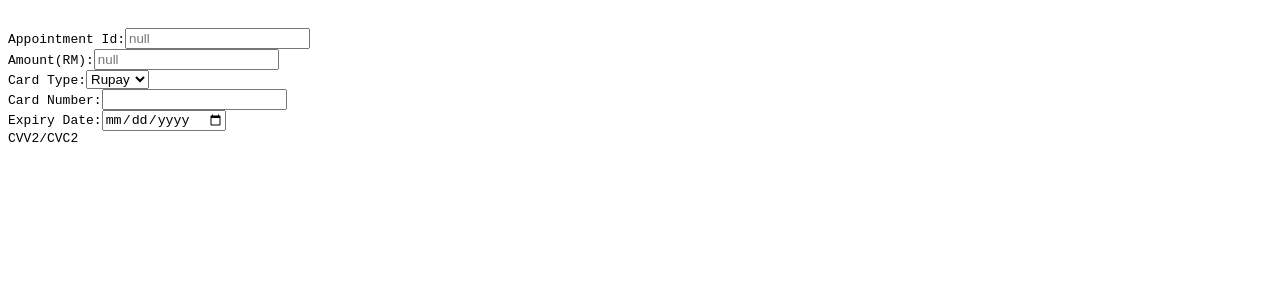
Repository: anujsoni10001/JSP-Servlet
Page: http://localhost/Minor/MakePayment.jsp
The author's editor kept a copy of each file at every save. The page is drawn from the files as they stood at one save, then again after the next save.
The browser window is 1280 px wide. The pictures show the whole page.
The page is served by Tomcat 9. Other server files are loaded and not shown.

Above is the page before, as saved 2019-03-22 10:14:40.

### FinalProject/minor - Copy/Minor/WebContent/MakePayment.jsp
<%
String apt_id=request.getParameter("a_id");
String chargesRM=request.getParameter("charges");
%>
<%@ page language="java" contentType="text/html; charset=ISO-8859-1"
    pageEncoding="ISO-8859-1"%>
<!DOCTYPE html PUBLIC "-//W3C//DTD HTML 4.01 Transitional//EN" "http://www.w3.org/TR/html4/loose.dtd">
<html>
<head>
<meta http-equiv="Content-Type" content="text/html; charset=ISO-8859-1">
<title>Payment</title>
</head>
<body>
<pre>
<form>
Appointment Id:<input type="text" placeholder=<%=apt_id%>>
Amount(RM):<input type="text" placeholder="<%=chargesRM%>">
Card Type:<select>
<option>Rupay</option>
<option>Master</option>
<option>VISA</option>
</select>
Card Number:<input type="text" name="card_number">
Expiry Date:<input type="date">
CVV2/CVC2
</form>
</pre>
</body>
</html>

After the next save:
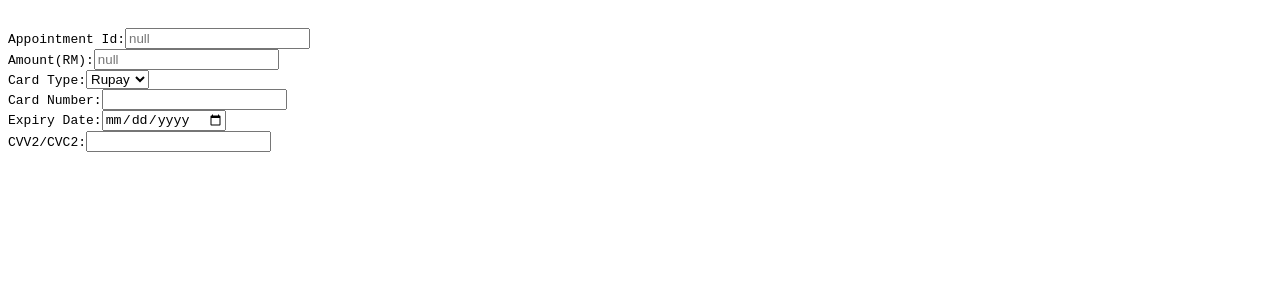
Saved 14 s later.
--- a/FinalProject/minor - Copy/Minor/WebContent/MakePayment.jsp
+++ b/FinalProject/minor - Copy/Minor/WebContent/MakePayment.jsp
@@ -22,7 +22,7 @@ Card Type:<select>
 </select>
 Card Number:<input type="text" name="card_number">
 Expiry Date:<input type="date">
-CVV2/CVC2
+CVV2/CVC2:<input type="text">
 </form>
 </pre>
 </body>
